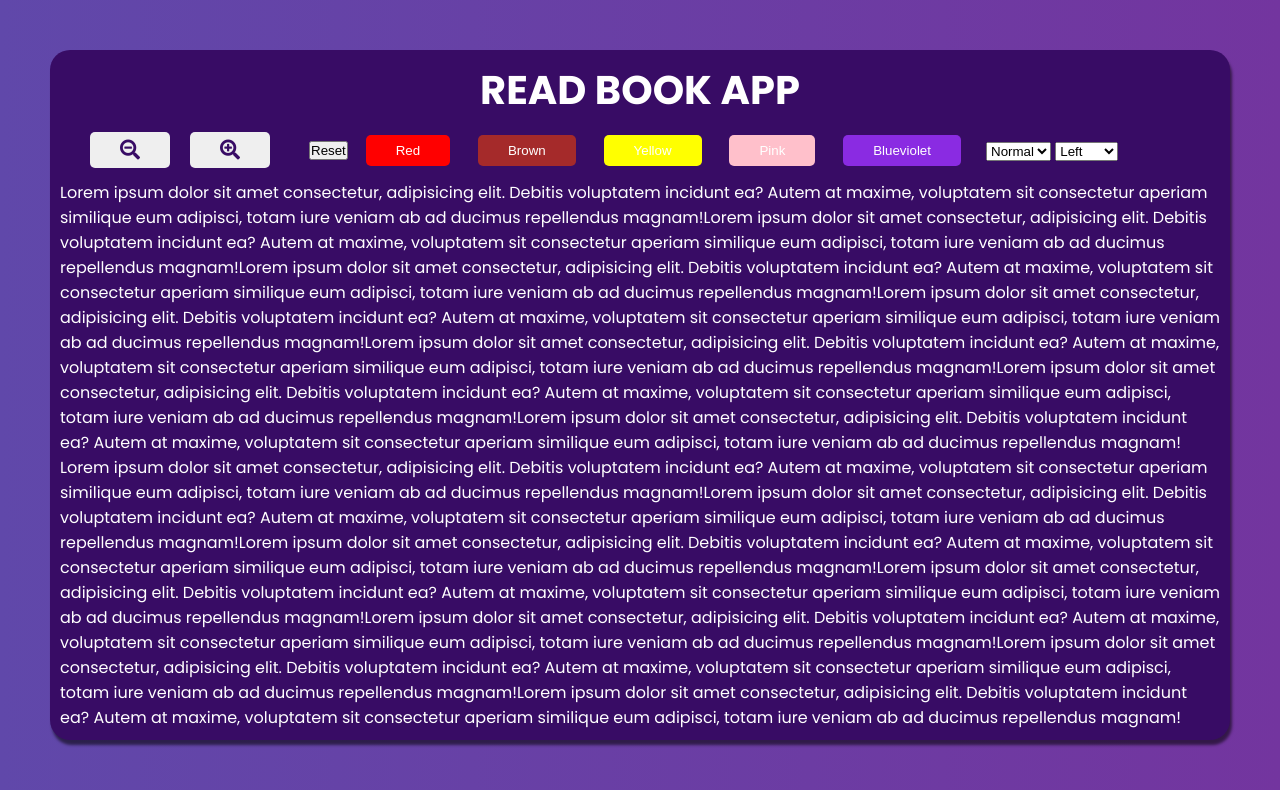
Repository: dinhconglam2306/frontend_tu_xa
Page: b09/02-reading-info/index.html
These files come from the project's save history. The page is drawn as it stood at one moment and after the next save; the edit follows.
The browser window is 1280 px wide. The pictures show the whole page.
Some web libraries are served in a nearby version. The style sheet was rebuilt from its Sass, Less or Tailwind sources for each picture, by a compiler version that may differ from the author's.

Above is the page before, as saved 2021-04-25 06:53:39.

After the next save:
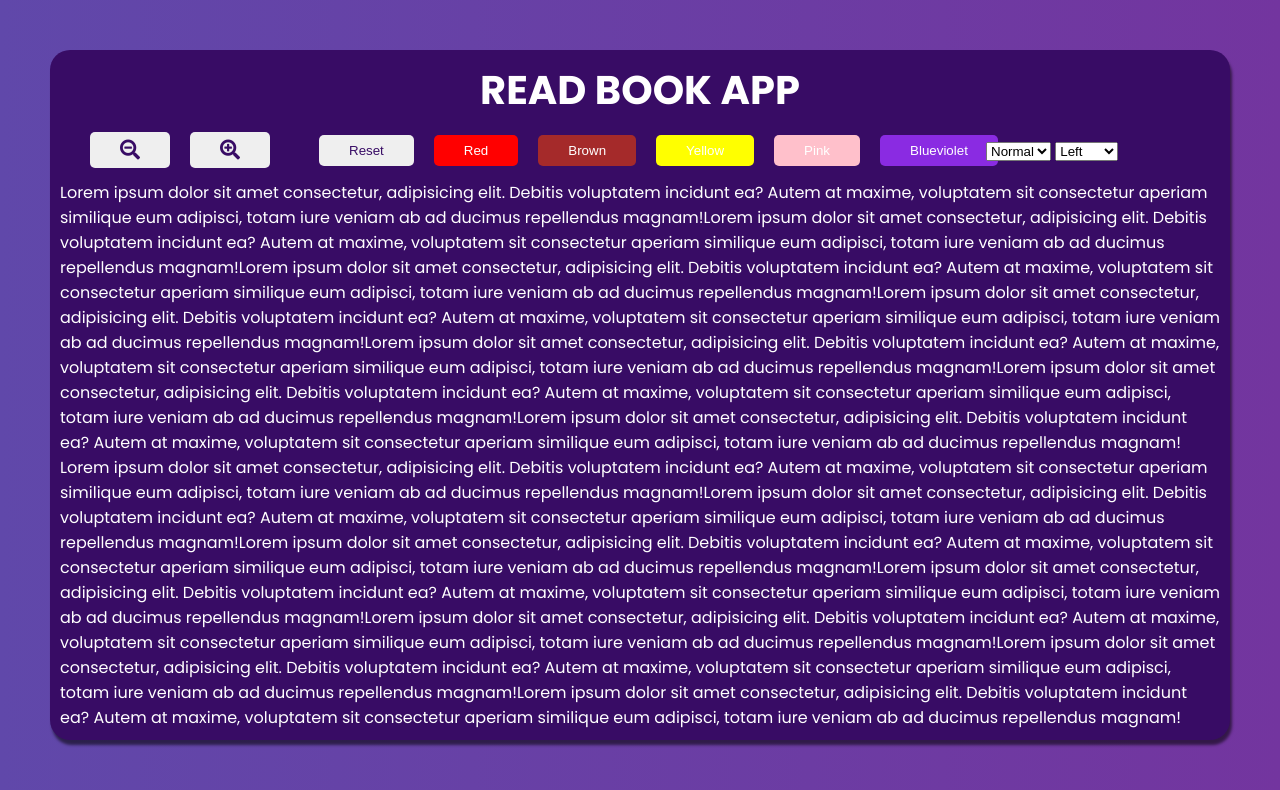
Saved 31 s later.
--- a/b09/02-reading-info/index.html
+++ b/b09/02-reading-info/index.html
@@ -32,7 +32,12 @@
         </div>
 
         <div class="app-controls-bg">
-          <button class="reset">Reset</button>
+          <button
+            class="app-controls-bg__color app-controls-bg__reset"
+            data-color="aqua"
+          >
+            Reset
+          </button>
           <button
             class="app-controls-bg__color app-controls-bg__color-red"
             data-color="red"

After the 6 saves that followed:
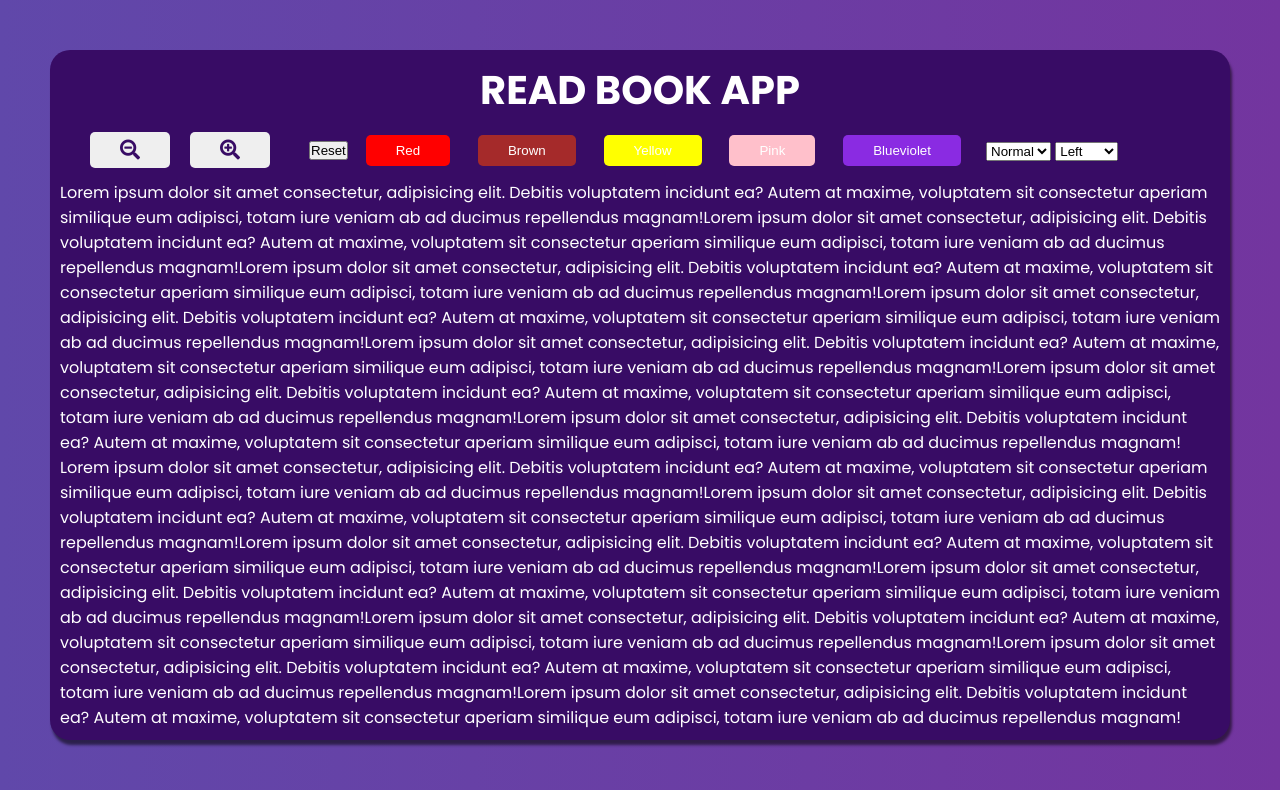
The 6 saves are shown as one change because 5 left the picture as it was.
The last was saved 5 min 49 s later.
--- a/b09/02-reading-info/index.html
+++ b/b09/02-reading-info/index.html
@@ -32,12 +32,7 @@
         </div>
 
         <div class="app-controls-bg">
-          <button
-            class="app-controls-bg__color app-controls-bg__reset"
-            data-color="aqua"
-          >
-            Reset
-          </button>
+          <button class="app-controls-bg__reset">Reset</button>
           <button
             class="app-controls-bg__color app-controls-bg__color-red"
             data-color="red"
--- a/b09/02-reading-info/js/main.js
+++ b/b09/02-reading-info/js/main.js
@@ -22,6 +22,19 @@ $(document).ready(function () {
     };
     localStorage.setItem("READING_INFO", JSON.stringify(config));
   }
+
+  /*------------RESET - START---------*/
+
+  $(".app-controls-bg__reset").click(function () {
+    localStorage.removeItem("READING_INFO");
+    config = {
+      bgColor: "",
+      lineHeight: 1,
+      position: "",
+      fontSize: "",
+      textColor: "white",
+    };
+  });
 
   /*------------FONTSIZE - START---------*/
   const incrementFontsize = 1;
